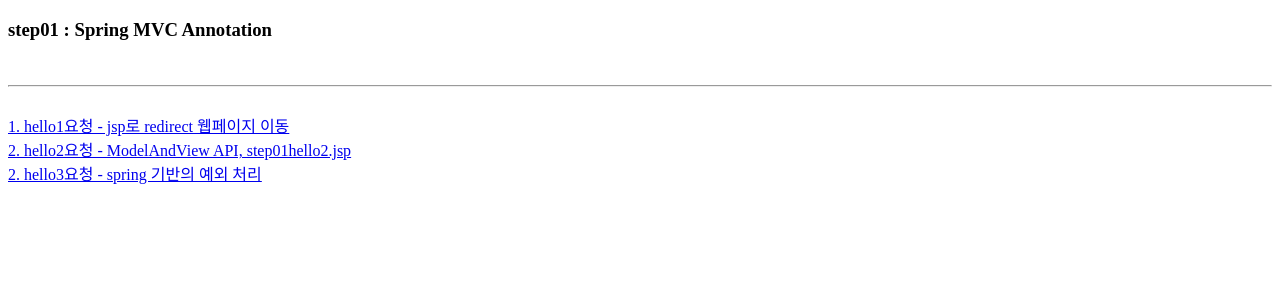
Repository: Encore-Playdata-Course/Spring
Page: step09_SpringMVC/WebContent/step01.html
An editor plug-in stored every save of this project. The page is shown before and after the next save, followed by the edit.
The browser window is 1280 px wide. The pictures show the whole page.

Above is the page before, as saved 2021-01-29 02:55:24.

### step09_SpringMVC/WebContent/step01.html
<!DOCTYPE html>
<html>
<head>
<meta charset="EUC-KR">
<title>Insert title here</title>
<style type="text/css">
/* a link 삭제 */
a {
	text -decoration : none;
}
</style>
</head>
<body>

	<h3>step01 : Spring MVC Annotation</h3>

	<br><hr><br>

	<a href="hello1">1. hello1요청 - jsp로 redirect 웹페이지 이동</a> <br>
	<a href="hello2">2. hello2요청 - ModelAndView API, step01hello2.jsp</a><br>
	<a href="hello3">2. hello3요청 - spring 기반의 예외 처리</a><br>
</body>
</html>

After the next save:
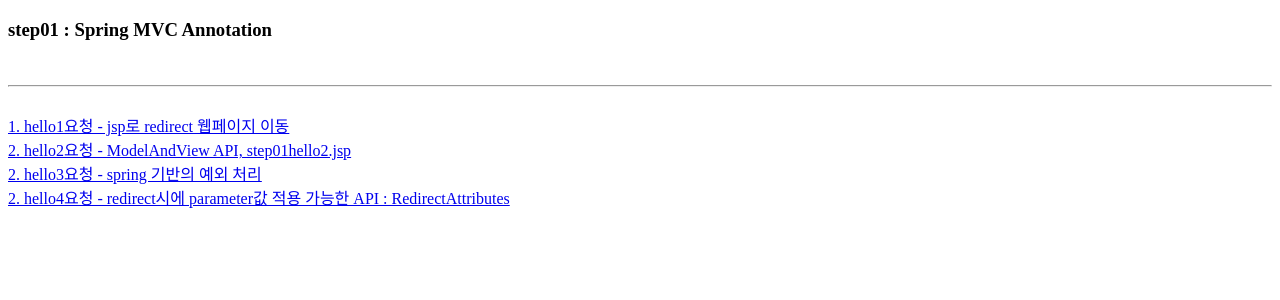
Saved 4 min 56 s later.
--- a/step09_SpringMVC/WebContent/step01.html
+++ b/step09_SpringMVC/WebContent/step01.html
@@ -19,5 +19,6 @@ a {
 	<a href="hello1">1. hello1요청 - jsp로 redirect 웹페이지 이동</a> <br>
 	<a href="hello2">2. hello2요청 - ModelAndView API, step01hello2.jsp</a><br>
 	<a href="hello3">2. hello3요청 - spring 기반의 예외 처리</a><br>
+	<a href="hello4">2. hello4요청 - redirect시에  parameter값 적용 가능한 API : RedirectAttributes</a><br>
 </body>
 </html>
